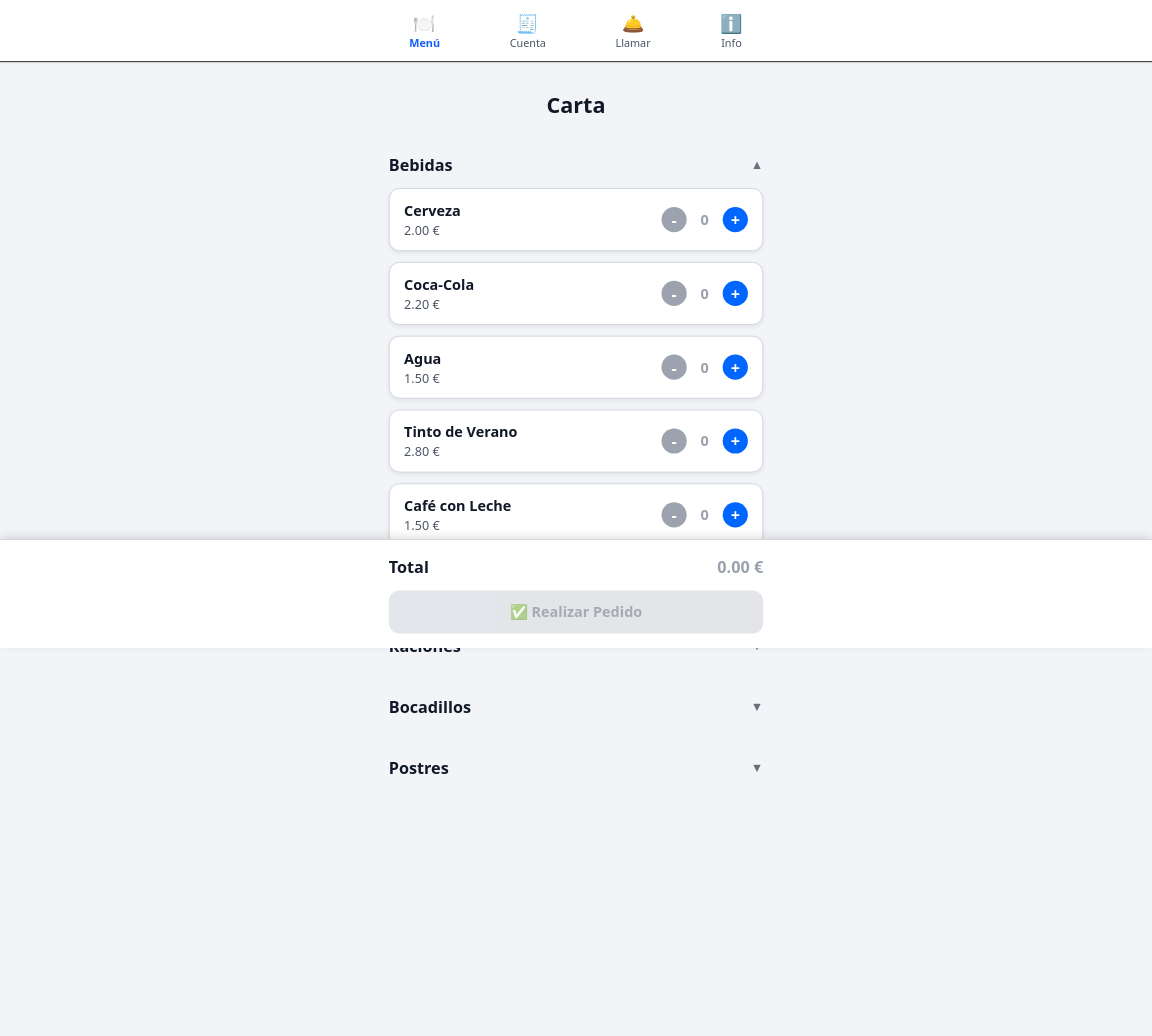
Repository: jrcardenas/sirvaapp
Page: /menu
These files come from the project's save history. The page is drawn as it stood at one moment and after the next save; the edit follows.
The browser window is 1280 px wide. The pictures show the whole page, at 90% of full size.
The project was rebuilt for these pictures with package versions that can differ from the ones it lists, and the page was loaded fresh each time. The framework's server and built-in components were replaced by stand-ins that run in the browser. Also part of the build but not shown: next.config.ts.

Above is the page before, as saved 2025-11-02 12:32:03.

### app/layout.tsx
import type { Metadata } from "next";
import "./globals.css";
import "./styles/theme.css";
import Header from "@/components/layout/Header";

export const metadata: Metadata = {
  title: "SirvaApp",
  description: "Pide desde tu mesa. Sirve más rápido.",
};

export default function RootLayout({ children }: { children: React.ReactNode }) {
  return (
    <html lang="es">
      <body className="bg-[var(--color-background)] text-[var(--color-text-dark)]">
        {/* ✅ Navegación principal arriba */}
        <Header />

        {/* ✅ Espacio suficiente para footer del pedido */}
        <main className="pt-4 pb-32 max-w-md mx-auto">
          {children}
        </main>
      </body>
    </html>
  );
}

### app/menu/page.tsx
"use client";

import { useState } from "react";
import Button from "@/components/ui/Button";
import { useCartStore } from "@/store/cartStore";

export default function MenuPage() {
  const { addItem, changeQty, items, removeItem, clearCart } = useCartStore();
  const [openCategory, setOpenCategory] = useState("Bebidas");

  const productos = [
    { id: "1", categoria: "Bebidas", nombre: "Cerveza", precio: 2.0 },
    { id: "2", categoria: "Bebidas", nombre: "Coca-Cola", precio: 2.2 },
    { id: "3", categoria: "Bebidas", nombre: "Agua", precio: 1.5 },
    { id: "4", categoria: "Bebidas", nombre: "Tinto de Verano", precio: 2.8 },
    { id: "5", categoria: "Bebidas", nombre: "Café con Leche", precio: 1.5 },
    { id: "6", categoria: "Tapas", nombre: "Patatas Bravas", precio: 4.0 },
    { id: "7", categoria: "Tapas", nombre: "Croquetas", precio: 4.5 },
    { id: "8", categoria: "Tapas", nombre: "Tortilla Española", precio: 3.5 },
    { id: "9", categoria: "Tapas", nombre: "Calamares", precio: 5.5 },
    { id: "10", categoria: "Raciones", nombre: "Jamón Ibérico", precio: 9.5 },
    { id: "11", categoria: "Raciones", nombre: "Gambas al Ajillo", precio: 10.5 },
    { id: "12", categoria: "Raciones", nombre: "Huevos Rotos", precio: 8.5 },
    { id: "13", categoria: "Bocadillos", nombre: "Bocadillo de Lomo", precio: 4.5 },
    { id: "14", categoria: "Bocadillos", nombre: "Bocadillo Vegetal", precio: 4.2 },
    { id: "15", categoria: "Bocadillos", nombre: "Perrito Caliente", precio: 4.0 },
    { id: "16", categoria: "Postres", nombre: "Tarta de Queso", precio: 4.8 },
    { id: "17", categoria: "Postres", nombre: "Helado 2 bolas", precio: 3.2 },
    { id: "18", categoria: "Postres", nombre: "Flan Casero", precio: 3.5 },
  ];

  const categorias = [...new Set(productos.map((p) => p.categoria))];

  const getQty = (id: string) =>
    items.reduce((acc, p) => (p.id === id ? acc + p.qty : acc), 0);

  const total = items.reduce((acc, p) => acc + p.price * p.qty, 0);

  return (
    <main className="min-h-screen bg-[var(--color-background)] p-4 pb-32 max-w-md mx-auto">

      <h1 className="text-2xl font-bold text-center text-[var(--color-text-dark)] mb-6">
        Carta
      </h1>

      {categorias.map((categoria) => (
        <div key={categoria} className="mb-4">
          <button
            className="w-full flex justify-between items-center text-lg font-semibold py-3 text-[var(--color-text-dark)]"
            onClick={() =>
              setOpenCategory(openCategory === categoria ? null : categoria)
            }
          >
            {categoria}
            <span className="text-sm opacity-60">
              {openCategory === categoria ? "▲" : "▼"}
            </span>
          </button>

          {openCategory === categoria && (
            <div className="space-y-3">
              {productos
                .filter((p) => p.categoria === categoria)
                .map((item) => {
                  const qty = getQty(item.id);

                  return (
                    <div
                      key={item.id}
                      className="bg-[var(--color-surface)] shadow-[var(--shadow-card)] rounded-xl px-4 py-3 flex justify-between items-center border border-[var(--color-border)]"
                    >
                      <div>
                        <p className="font-semibold text-[var(--color-text-dark)]">
                          {item.nombre}
                        </p>
                        <p className="text-[var(--color-text-medium)] text-sm">
                          {item.precio.toFixed(2)} €
                        </p>
                      </div>

                      <div className="flex items-center gap-2">
                        <button
                          disabled={qty === 0}
                          onClick={() =>
                            qty <= 1
                              ? removeItem(item.id)
                              : changeQty(item.id, qty - 1)
                          }
                          className={`w-7 h-7 rounded-full text-lg font-bold flex items-center justify-center ${
                            qty === 0
                              ? "bg-[var(--color-disabled)] text-white"
                              : "bg-[var(--color-primary-light)] text-[var(--color-primary)]"
                          }`}
                        >
                          -
                        </button>

                        <span
                          className={`w-6 text-center font-semibold ${
                            qty === 0
                              ? "text-gray-400"
                              : "text-[var(--color-text-dark)]"
                          }`}
                        >
                          {qty}
                        </span>

                        <button
                          className="w-7 h-7 bg-[var(--color-primary)] text-white rounded-full text-lg font-bold flex items-center justify-center"
                          onClick={() =>
                            addItem({
                              id: item.id,
                              name: item.nombre,
                              price: item.precio,
                              qty: 1,
                            })
                          }
                        >
                          +
                        </button>
                      </div>
                    </div>
                  );
                })}
            </div>
          )}
        </div>
      ))}

      {/* ✅ FOOTER */}
      <div className="fixed bottom-0 left-0 w-full bg-[var(--color-surface)] border-t border-[var(--color-border)] shadow-[var(--shadow-footer)]">
        <div className="max-w-md mx-auto p-4">
          <div className="flex justify-between mb-3 text-lg font-bold text-[var(--color-text-dark)]">
            <span>Total</span>
            <span className={total === 0 ? "text-gray-400" : "text-[var(--color-text-dark)]"}>
              {total.toFixed(2)} €
            </span>
          </div>

          <Button
            fullWidth
            disabled={total === 0}
            className={`${
              total === 0 ? "bg-gray-300 text-gray-500 cursor-not-allowed" : ""
            }`}
            onClick={() => {
              alert("✅ Pedido enviado a cocina!");
              clearCart();
            }}
          >
            ✅ Realizar Pedido
          </Button>
        </div>
      </div>
    </main>
  );
}

### app/globals.css
@import "tailwindcss";

/* Colores base del navegador */
:root {
  --background: #ffffff;
  --foreground: #171717;
}

/* ✅ Variables sincronizadas con el tema */
@theme inline {
  --color-background: var(--background);
  --color-foreground: var(--foreground);
  --font-sans: var(--font-geist-sans);
  --font-mono: var(--font-geist-mono);
}

@media (prefers-color-scheme: dark) {
  :root {
    --background: #0a0a0a;
    --foreground: #ededed;
  }
}

/* ✅ Mantener reset y tipografía */
body {
  background: var(--color-background);
  color: var(--color-foreground);
}

### app/styles/theme.css
:root {
  /* Brand Colors */
  --color-primary: #0066FF; /* Azul más vivo */
  --color-primary-light: #E6F0FF; /* Azul suave para resaltar fondos */

  /* Backgrounds */
  --color-background: #F2F4F7; /* Gris suave de app moderna */
  --color-surface: #FFFFFF; /* Tarjetas y bloques */

  /* Borders */
  --color-border: #D0D5DD; /* Gris con visibilidad real */

  /* Text Colors */
  --color-text-dark: #111827; /* Mejor contraste */
  --color-text-medium: #4B5563;
  --color-text-light: #FFFFFF;

  /* States */
  --color-success: #22C55E;
  --color-danger: #EF4444;
  --color-disabled: #9CA3AF;

  /* Radius & UI */
  --radius: 12px;
  --button-height: 48px;

  /* Shadows */
  --shadow-card: 0px 2px 6px rgba(0, 0, 0, 0.08);
  --shadow-footer: 0px -3px 10px rgba(0, 0, 0, 0.12);
}

### app/components/layout/Header.tsx
"use client";

import Link from "next/link";
import { usePathname } from "next/navigation";

export default function Header() {
  const pathname = usePathname();

  const navItems = [
    { href: "/menu", label: "Menú", icon: "🍽️" },
    { href: "/cuenta", label: "Cuenta", icon: "🧾" },
    { href: "/llamar", label: "Llamar", icon: "🛎️" },
    { href: "/info", label: "Info", icon: "ℹ️" },
  ];

  return (
    <header className="w-full py-3 bg-white border-b shadow-sm">
      <nav className="flex justify-around max-w-md mx-auto text-sm">
        {navItems.map((item) => (
          <Link
            key={item.href}
            href={item.href}
            className={`flex flex-col items-center ${
              pathname === item.href
                ? "text-blue-600 font-bold"
                : "text-gray-600"
            }`}
          >
            <span className="text-xl">{item.icon}</span>
            <span className="text-xs">{item.label}</span>
          </Link>
        ))}
      </nav>
    </header>
  );
}

### app/components/ui/Button.tsx
"use client";

import React from "react";
import Link from "next/link";

type Variant = "primary" | "secondary" | "outline" | "ghost";
type Size = "sm" | "md" | "lg";

type ButtonProps = {
  variant?: Variant;
  size?: Size;
  loading?: boolean;
  fullWidth?: boolean;
  as?: "button" | "link";
  href?: string;
  className?: string;
  children: React.ReactNode;
} & React.ButtonHTMLAttributes<HTMLButtonElement>;

function classes({ variant, size, fullWidth }: { variant: Variant; size: Size; fullWidth?: boolean }) {
  const base =
    "inline-flex items-center justify-center font-semibold transition focus:outline-none focus-visible:ring-2 focus-visible:ring-offset-2";
  const radius = "rounded-[var(--radius)]";
  const width = fullWidth ? "w-full" : "";
  const sizes: Record<Size, string> = {
    sm: "text-sm h-10 px-4",
    md: "text-base h-[var(--button-height)] px-5", // 48px por theme
    lg: "text-base h-14 px-6",
  };
  const variants: Record<Variant, string> = {
    primary:
      "bg-[var(--color-primary)] text-[var(--color-text-light)] hover:opacity-90 focus-visible:ring-[var(--color-primary)]",
    secondary:
      "bg-[var(--color-secondary)] text-[var(--color-text-light)] hover:opacity-90 focus-visible:ring-[var(--color-secondary)]",
    outline:
      "bg-transparent text-[var(--color-text-dark)] border border-[color:var(--color-secondary)]/20 hover:bg-[var(--color-surface)] focus-visible:ring-[var(--color-primary)]",
    ghost:
      "bg-transparent text-[var(--color-text-dark)] hover:bg-[var(--color-surface)] focus-visible:ring-[var(--color-primary)]",
  };

  return [base, radius, width, sizes[size], variants[variant]].join(" ");
}

export default function Button({
  variant = "primary",
  size = "md",
  loading = false,
  fullWidth,
  as = "button",
  href,
  className = "",
  children,
  disabled,
  ...rest
}: ButtonProps) {
  const cls =
    classes({ variant, size, fullWidth }) +
    " " +
    (disabled || loading ? "opacity-60 pointer-events-none" : "") +
    " " +
    className;

  const content = (
    <>
      {loading && (
        <svg
          className="mr-2 animate-spin"
          width="16"
          height="16"
          viewBox="0 0 24 24"
          aria-hidden="true"
        >
          <circle cx="12" cy="12" r="10" stroke="currentColor" strokeWidth="4" fill="none" opacity="0.25" />
          <path d="M22 12a10 10 0 0 1-10 10" fill="none" stroke="currentColor" strokeWidth="4" />
        </svg>
      )}
      {children}
    </>
  );

  if (as === "link" && href) {
    return (
      <Link
        href={href}
        className={cls}
        role="button"
        aria-busy={loading || undefined}
        aria-disabled={disabled || loading || undefined}
      >
        {content}
      </Link>
    );
  }

  return (
    <button
      className={cls}
      disabled={disabled || loading}
      aria-busy={loading || undefined}
      {...rest}
    >
      {content}
    </button>
  );
}

### app/store/cartStore.ts
import { create } from "zustand";

export interface CartItem {
  id: string;
  name: string;
  price: number;
  qty: number;
  note?: string;
}

interface CartState {
  items: CartItem[];
  addItem: (item: CartItem) => void;
  changeQty: (id: string, qty: number) => void;
  removeItem: (id: string, note?: string) => void;
  clearCart: () => void;
  totalItems: number;
  totalAmount: number;
}

export const useCartStore = create<CartState>((set, get) => ({
  items: [],

  addItem: (item) => {
    const exists = get().items.find(
      (i) => i.id === item.id && i.note === item.note
    );

    if (exists) {
      set({
        items: get().items.map((i) =>
          i.id === item.id && i.note === item.note
            ? { ...i, qty: i.qty + item.qty }
            : i
        ),
      });
    } else {
      set({ items: [...get().items, item] });
    }
  },

  changeQty: (id, qty) => {
    if (qty < 1) return; // ✅ regla elegida (A)
    set({
      items: get().items.map((i) =>
        i.id === id ? { ...i, qty } : i
      ),
    });
  },

  removeItem: (id, note) =>
    set({
      items: get().items.filter(
        (i) => !(i.id === id && i.note === note)
      ),
    }),

  clearCart: () => set({ items: [] }),

  get totalItems() {
    return get().items.reduce((acc, i) => acc + i.qty, 0);
  },

  get totalAmount() {
    return get().items.reduce((acc, i) => acc + i.qty * i.price, 0);
  },
}));

After the next save:
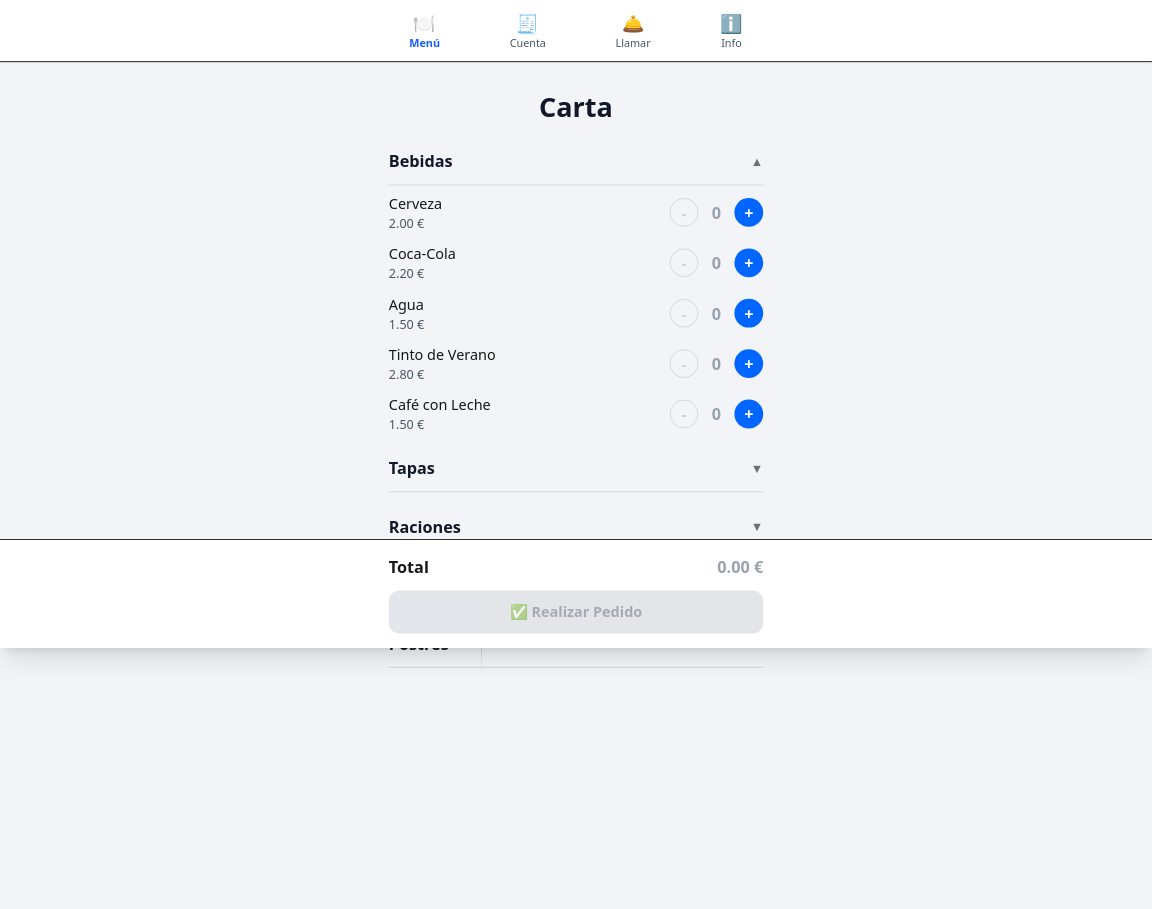
Saved 112 s later.
--- a/app/menu/page.tsx
+++ b/app/menu/page.tsx
@@ -6,7 +6,7 @@ import { useCartStore } from "@/store/cartStore";
 
 export default function MenuPage() {
   const { addItem, changeQty, items, removeItem, clearCart } = useCartStore();
-  const [openCategory, setOpenCategory] = useState("Bebidas");
+  const [openCategory, setOpenCategory] = useState<string>("Bebidas");
 
   const productos = [
     { id: "1", categoria: "Bebidas", nombre: "Cerveza", precio: 2.0 },
@@ -34,28 +34,41 @@ export default function MenuPage() {
   const getQty = (id: string) =>
     items.reduce((acc, p) => (p.id === id ? acc + p.qty : acc), 0);
 
-  const total = items.reduce((acc, p) => acc + p.price * p.qty, 0);
+  const total = items.reduce(
+    (acc, p) => acc + p.price * p.qty,
+    0
+  );
+
+  const toggleCategory = (categoria: string) => {
+    const newState = openCategory === categoria ? "" : categoria;
+    setOpenCategory(newState);
+
+    setTimeout(() => {
+      const headerEl = document.getElementById(`cat-${categoria}`);
+      headerEl?.scrollIntoView({ behavior: "smooth", block: "start" });
+    }, 100);
+  };
 
   return (
     <main className="min-h-screen bg-[var(--color-background)] p-4 pb-32 max-w-md mx-auto">
 
-      <h1 className="text-2xl font-bold text-center text-[var(--color-text-dark)] mb-6">
-        Carta
-      </h1>
+      <h1 className="text-3xl font-bold text-center mb-4 text-[var(--color-text-dark)]">Carta</h1>
 
       {categorias.map((categoria) => (
-        <div key={categoria} className="mb-4">
+        <div key={categoria} className="mb-3">
           <button
-            className="w-full flex justify-between items-center text-lg font-semibold py-3 text-[var(--color-text-dark)]"
-            onClick={() =>
-              setOpenCategory(openCategory === categoria ? null : categoria)
-            }
+            id={`cat-${categoria}`}
+            className="w-full flex justify-between items-center text-lg font-bold py-3
+            text-[var(--color-text-dark)]"
+            onClick={() => toggleCategory(categoria)}
           >
             {categoria}
             <span className="text-sm opacity-60">
               {openCategory === categoria ? "▲" : "▼"}
             </span>
           </button>
+
+          <div className="border-t border-[var(--color-border)] mb-2"></div>
 
           {openCategory === categoria && (
             <div className="space-y-3">
@@ -64,15 +77,15 @@ export default function MenuPage() {
                 .map((item) => {
                   const qty = getQty(item.id);
 
+                  const removeOrDecrease = () => {
+                    if (qty <= 1) removeItem(item.id);
+                    else changeQty(item.id, qty - 1);
+                  };
+
                   return (
-                    <div
-                      key={item.id}
-                      className="bg-[var(--color-surface)] shadow-[var(--shadow-card)] rounded-xl px-4 py-3 flex justify-between items-center border border-[var(--color-border)]"
-                    >
+                    <div key={item.id} className="flex justify-between">
                       <div>
-                        <p className="font-semibold text-[var(--color-text-dark)]">
-                          {item.nombre}
-                        </p>
+                        <p className="font-medium">{item.nombre}</p>
                         <p className="text-[var(--color-text-medium)] text-sm">
                           {item.precio.toFixed(2)} €
                         </p>
@@ -81,39 +94,28 @@ export default function MenuPage() {
                       <div className="flex items-center gap-2">
                         <button
                           disabled={qty === 0}
-                          onClick={() =>
-                            qty <= 1
-                              ? removeItem(item.id)
-                              : changeQty(item.id, qty - 1)
-                          }
-                          className={`w-7 h-7 rounded-full text-lg font-bold flex items-center justify-center ${
-                            qty === 0
-                              ? "bg-[var(--color-disabled)] text-white"
-                              : "bg-[var(--color-primary-light)] text-[var(--color-primary)]"
-                          }`}
+                          onClick={removeOrDecrease}
+                          className={`w-8 h-8 rounded-full text-lg font-bold flex items-center justify-center border
+                            ${
+                              qty === 0
+                                ? "border-gray-300 text-gray-300 cursor-default"
+                                : "border-gray-500 text-gray-700"
+                            }`}
                         >
                           -
                         </button>
 
                         <span
-                          className={`w-6 text-center font-semibold ${
-                            qty === 0
-                              ? "text-gray-400"
-                              : "text-[var(--color-text-dark)]"
-                          }`}
+                          className={`w-6 text-center font-semibold text-lg
+                            ${qty === 0 ? "text-gray-400" : "text-[var(--color-text-dark)]"}`}
                         >
                           {qty}
                         </span>
 
                         <button
-                          className="w-7 h-7 bg-[var(--color-primary)] text-white rounded-full text-lg font-bold flex items-center justify-center"
+                          className="w-8 h-8 bg-[var(--color-primary)] text-white rounded-full text-lg font-bold flex items-center justify-center"
                           onClick={() =>
-                            addItem({
-                              id: item.id,
-                              name: item.nombre,
-                              price: item.precio,
-                              qty: 1,
-                            })
+                            addItem({ id: item.id, name: item.nombre, price: item.precio, qty: 1 })
                           }
                         >
                           +
@@ -127,10 +129,10 @@ export default function MenuPage() {
         </div>
       ))}
 
-      {/* ✅ FOOTER */}
-      <div className="fixed bottom-0 left-0 w-full bg-[var(--color-surface)] border-t border-[var(--color-border)] shadow-[var(--shadow-footer)]">
+      {/* ✅ Footer fijo */}
+      <div className="fixed bottom-0 left-0 w-full bg-[var(--color-surface)] border-t shadow-xl">
         <div className="max-w-md mx-auto p-4">
-          <div className="flex justify-between mb-3 text-lg font-bold text-[var(--color-text-dark)]">
+          <div className="flex justify-between mb-3 text-lg font-bold">
             <span>Total</span>
             <span className={total === 0 ? "text-gray-400" : "text-[var(--color-text-dark)]"}>
               {total.toFixed(2)} €
